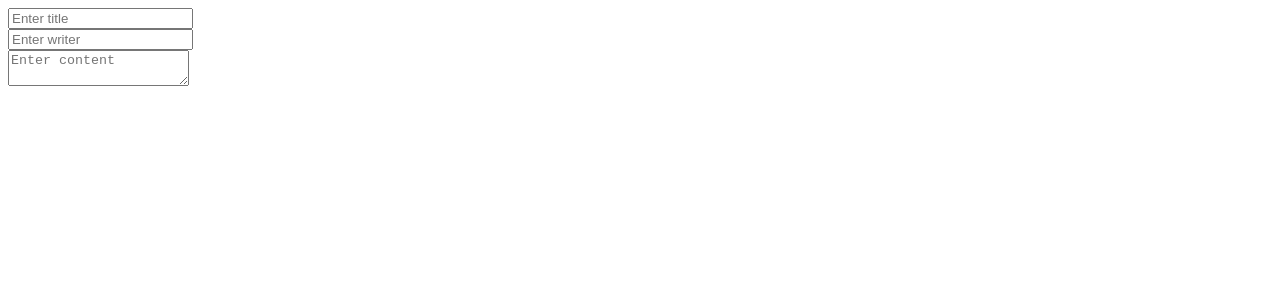
Repository: mijeon/jsp_workspace
Page: http://localhost/MVCApp3/board/detail.jsp
These files come from the project's save history. The page is drawn as it stood at one moment and after the next save; the edit follows.
The browser window is 1280 px wide. The pictures show the whole page.
The page is served by Tomcat 9. Other server files are loaded and not shown.

Above is the page before, as saved 2023-02-06 07:32:18.

### MVCApp3/src/main/webapp/board/detail.jsp
<%@ page contentType="text/html;charset=UTF-8"%>
<!DOCTYPE html>
<html>
<head>
<meta charset="UTF-8">
<title>Insert title here</title>
</head>
<body>
	<div class="container">
		<form id="form1">
			<div class="form-group">
				<input type="text" class="form-control" placeholder="Enter title" name="title">
				<div class="form-group">
					<input type="text" class="form-control" placeholder="Enter writer" name="writer">
				</div>
				<div class="form-group">
					<textarea class="form-control" placeholder="Enter content" name="content"></textarea>
				</div>
			</div>
		</form>
	</div>
</body>
</html>

After the next save:
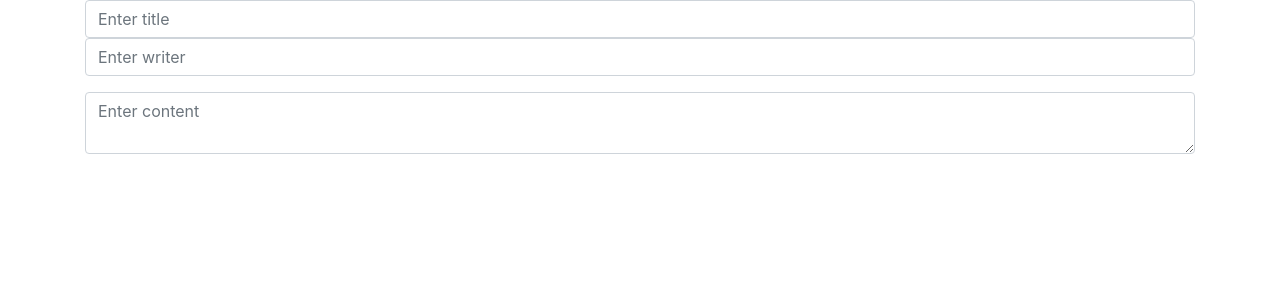
Saved 58 s later.
--- a/MVCApp3/src/main/webapp/board/detail.jsp
+++ b/MVCApp3/src/main/webapp/board/detail.jsp
@@ -4,6 +4,14 @@
 <head>
 <meta charset="UTF-8">
 <title>Insert title here</title>
+<!-- Latest compiled and minified CSS -->
+<link rel="stylesheet" href="https://cdn.jsdelivr.net/npm/bootstrap@4.6.2/dist/css/bootstrap.min.css">
+<!-- jQuery library -->
+<script src="https://ajax.googleapis.com/ajax/libs/jquery/3.6.1/jquery.min.js"></script>
+<!-- Popper JS -->
+<script src="https://cdn.jsdelivr.net/npm/popper.js@1.16.1/dist/umd/popper.min.js"></script>
+<!-- Latest compiled JavaScript -->
+<script src="https://cdn.jsdelivr.net/npm/bootstrap@4.6.2/dist/js/bootstrap.bundle.min.js"></script>
 </head>
 <body>
 	<div class="container">
